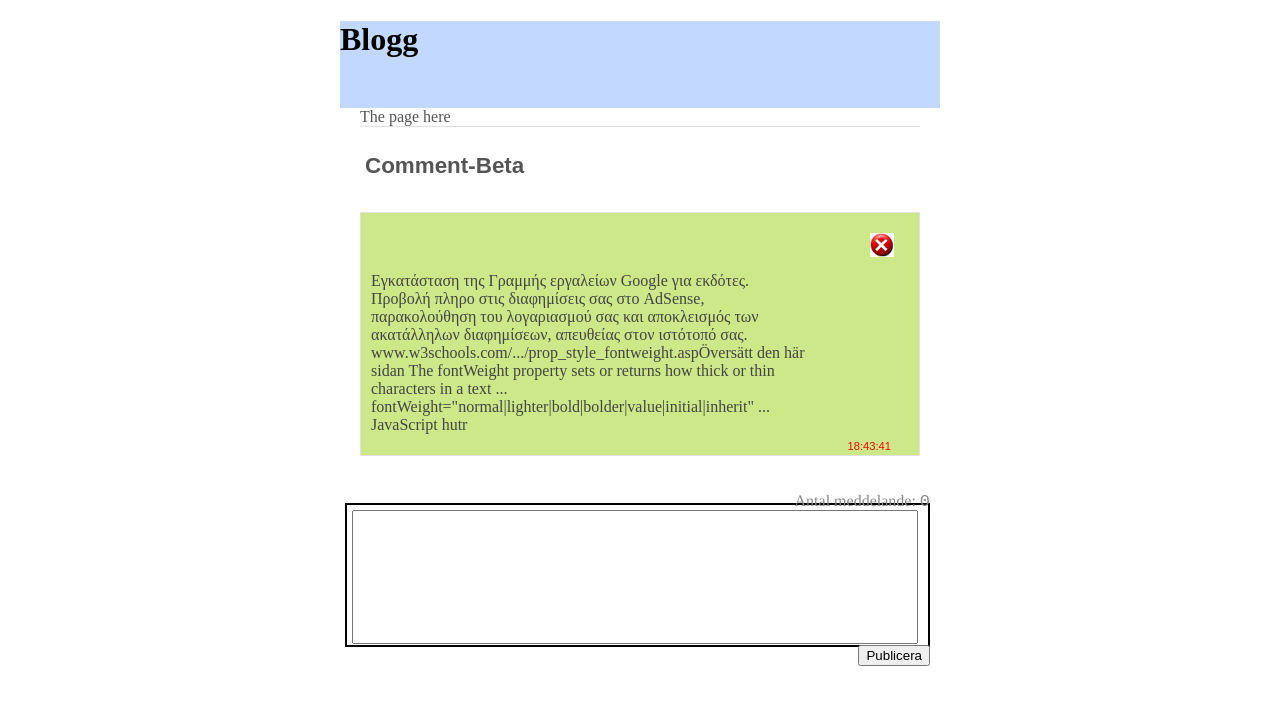
Repository: dn222em/1dv403-laborationer
Page: 2-labbymezzage/index.html
The author's editor kept a record of every edit. The page is drawn from the files as they stood at one moment, then again after the next edit.
The browser window is 1280 px wide. The pictures show the whole page.

Above is the page before.

After the next edit:
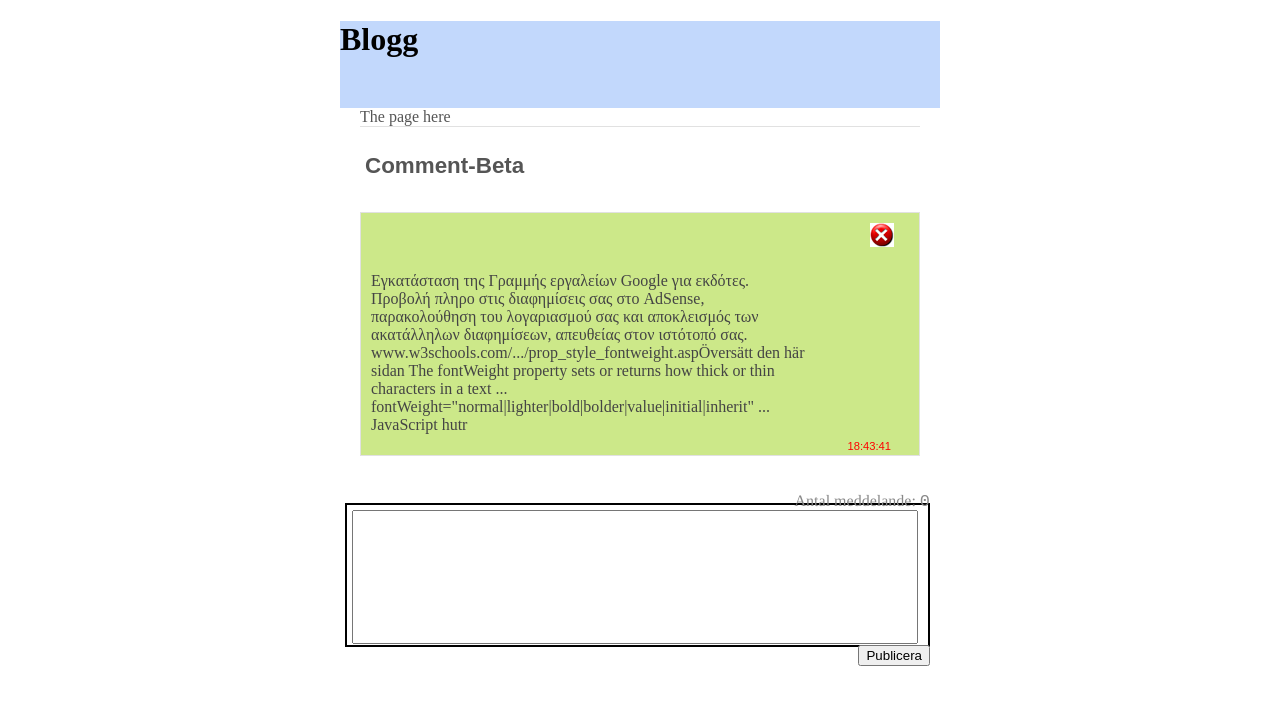
The edit:
--- a/2-labbymezzage/style.css
+++ b/2-labbymezzage/style.css
@@ -215,6 +215,7 @@
 	position: relative;
 	width:24px;
 	height:24px;
+	top:-10px;
 	cursor:pointer;
 
 
